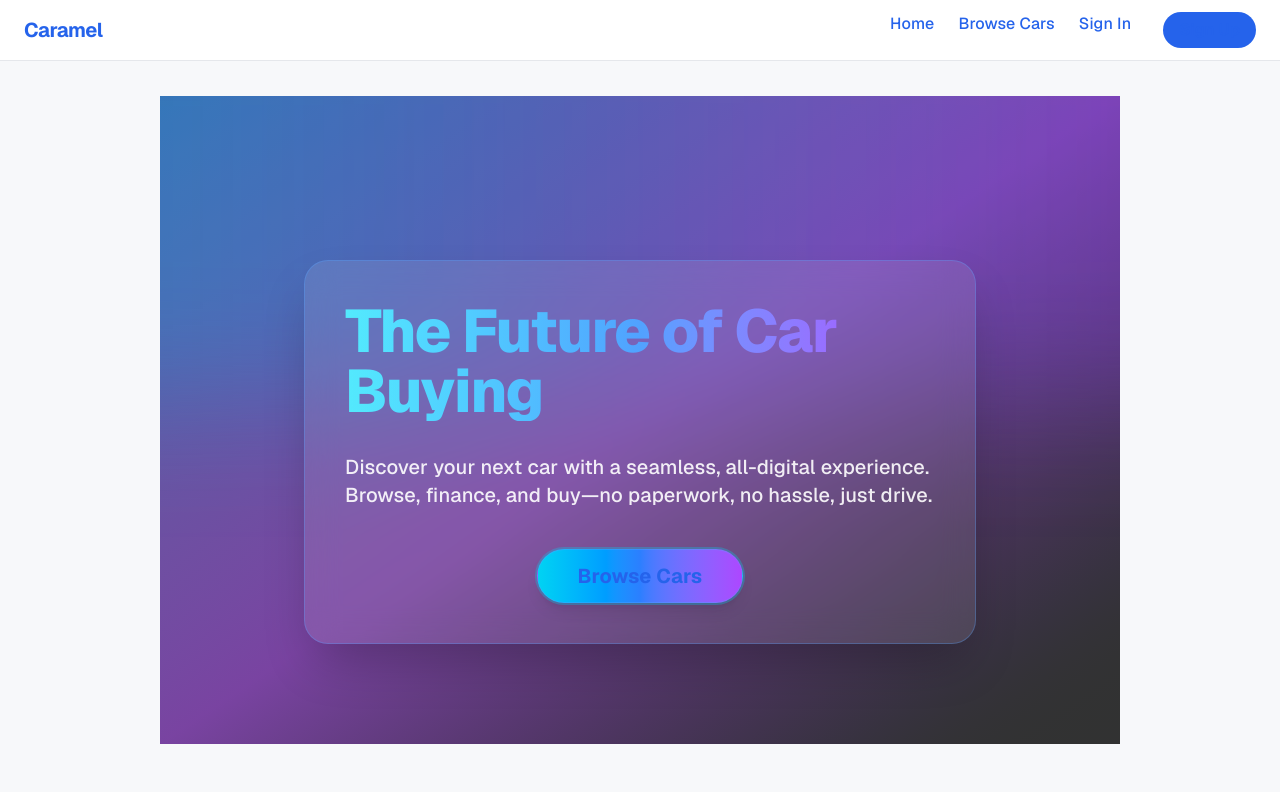
Repository: virat07/sellyourcar
Page: /
The author's editor kept a copy of each file at every save. The page is drawn from the files as they stood at one save, then again after the next save.
The browser window is 1280 px wide. The pictures show the whole page.
The project was rebuilt for these pictures with package versions that can differ from the ones it lists, and the page was loaded fresh each time. The framework's server and built-in components were replaced by stand-ins that run in the browser. Also part of the build but not shown: next.config.ts.

Above is the page before, as saved 2025-07-18 15:08:27.

After the next save:
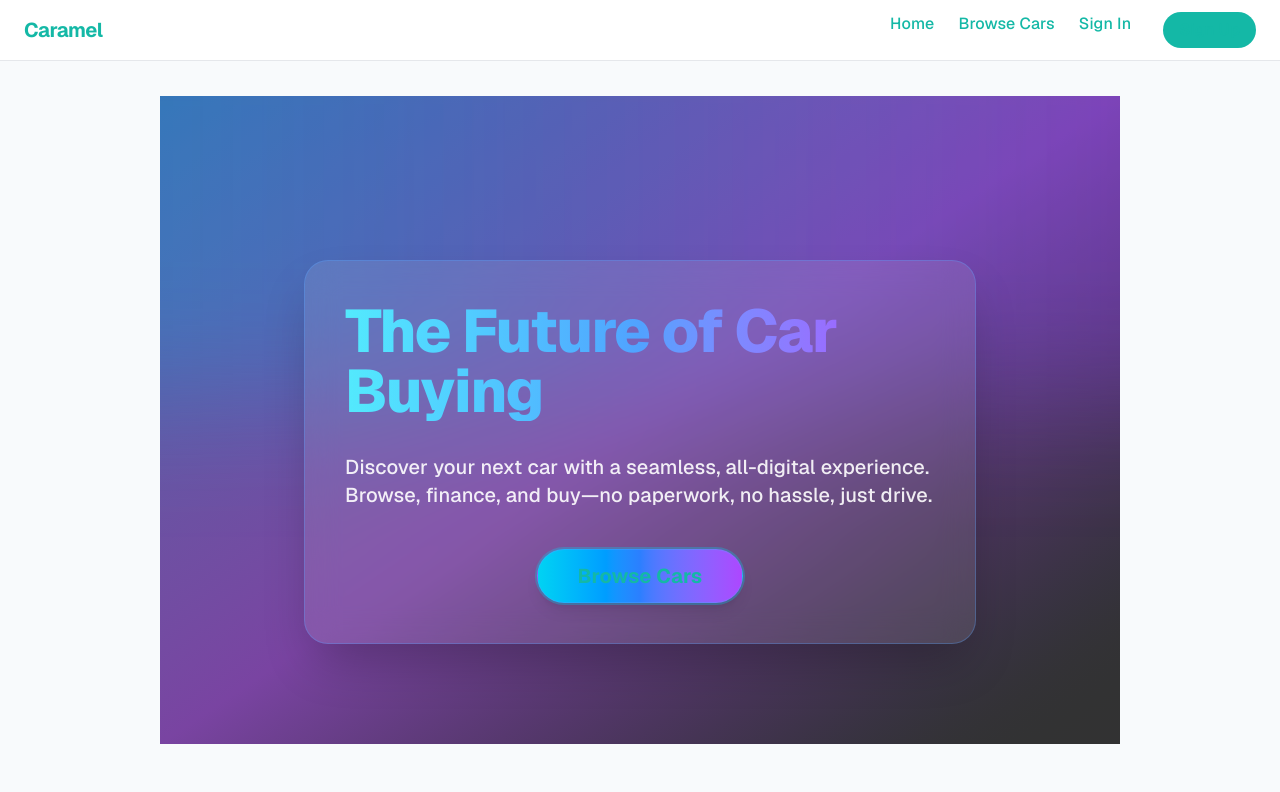
Saved 106 s later.
--- a/src/app/globals.css
+++ b/src/app/globals.css
@@ -1,10 +1,19 @@
 @import "tailwindcss";
 
 :root {
-  --background: #f7f8fa;
+  --background: #f8fafc;
   --foreground: #18181b;
-  --accent: #2563eb;
+  --accent: #14b8a6;
   --border: #e5e7eb;
+}
+
+@media (prefers-color-scheme: dark) {
+  :root {
+    --background: #18181b;
+    --foreground: #f1f5f9;
+    --accent: #2dd4bf;
+    --border: #334155;
+  }
 }
 
 body {
@@ -29,7 +38,7 @@ a {
 }
 a:hover {
   text-decoration: underline;
-  color: #1d4ed8;
+  color: #0d9488;
 }
 
 input, button, textarea, select {
